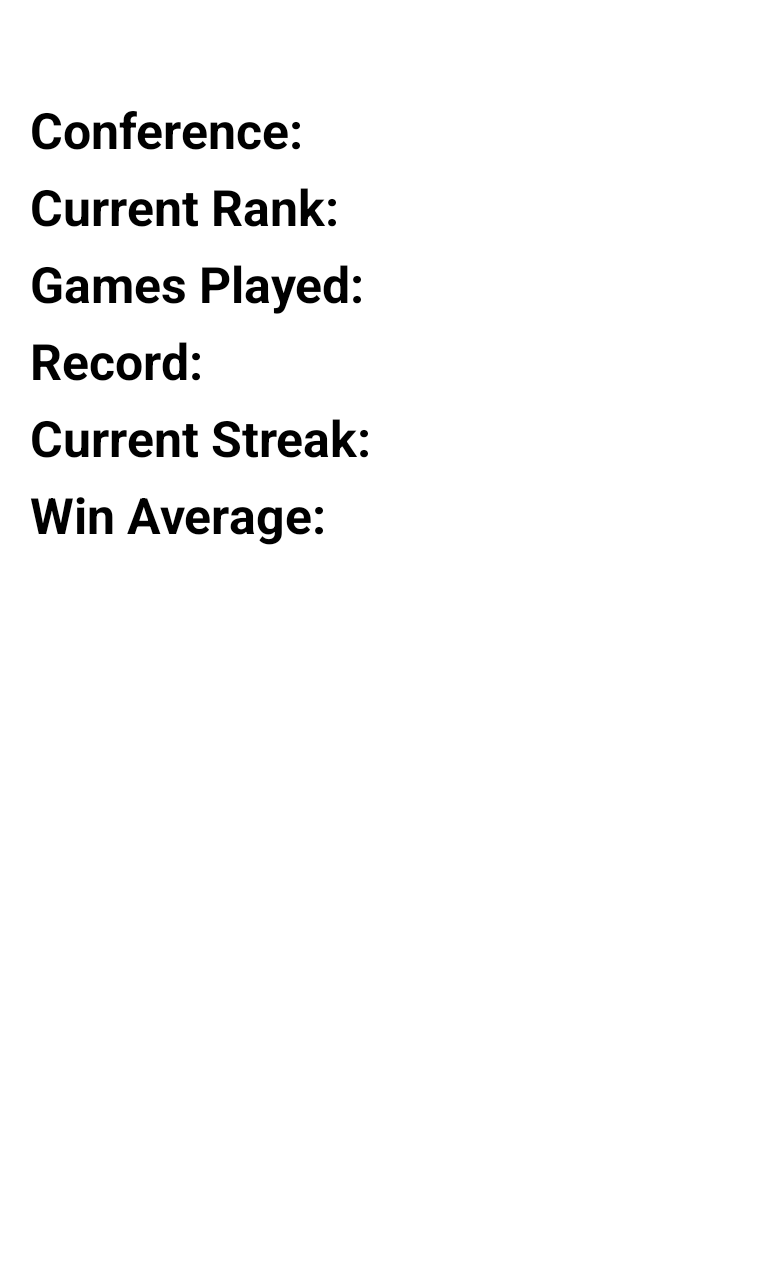
Repository: jemcphe/java2
Layout: teamG.M./TeamGM/res/layout/display.xml
These files come from the project's save history. The layout is drawn as it stood at one moment and after the next save; the edit follows.
It is drawn on a 768 x 1280 px phone screen (xhdpi) without system bars, with theme Theme.Sherlock; the app's code is not run.

Above is the layout before, as saved 2013-06-26 22:20:56.

### teamG.M./TeamGM/res/layout/display.xml
<?xml version="1.0" encoding="utf-8"?>
<LinearLayout xmlns:android="http://schemas.android.com/apk/res/android"
    android:layout_width="match_parent"
    android:layout_height="match_parent"
    android:orientation="vertical" >

    <TextView
        android:id="@+id/teamNameData"
        style="@style/TeamName"
        android:layout_width="fill_parent"
        android:layout_height="48dp"
        android:layout_gravity="center_vertical"
        android:paddingLeft="10dp" />

    <GridLayout
        android:id="@+id/teamGrid"
        android:layout_width="match_parent"
        android:layout_height="wrap_content"
        android:columnCount="2" >

        <TextView
            style="@style/Column1"
            android:layout_width="wrap_content"
            android:layout_height="wrap_content"
            android:text="Conference:" />

        <TextView
            android:id="@+id/conferenceData"
            style="@style/Column2"
            android:layout_width="wrap_content"
            android:layout_height="wrap_content" />

        <TextView
            style="@style/Column1"
            android:layout_width="wrap_content"
            android:layout_height="wrap_content"
            android:text="Current Rank:" />

        <TextView
            android:id="@+id/rankData"
            style="@style/Column2"
            android:layout_width="wrap_content"
            android:layout_height="wrap_content" />

        <TextView
            style="@style/Column1"
            android:layout_width="wrap_content"
            android:layout_height="wrap_content"
            android:text="Games Played:" />

        <TextView
            android:id="@+id/gamesPlayedData"
            style="@style/Column2"
            android:layout_width="wrap_content"
            android:layout_height="wrap_content" />

        <TextView
            style="@style/Column1"
            android:layout_width="wrap_content"
            android:layout_height="wrap_content"
            android:text="Record:" />

        <TextView
            android:id="@+id/recordData"
            style="@style/Column2"
            android:layout_width="wrap_content"
            android:layout_height="wrap_content" />

        <TextView
            style="@style/Column1"
            android:layout_width="wrap_content"
            android:layout_height="wrap_content"
            android:text="Current Streak:" />

        <TextView
            android:id="@+id/streakData"
            style="@style/Column2"
            android:layout_width="wrap_content"
            android:layout_height="wrap_content" />

        <TextView
            style="@style/Column1"
            android:layout_width="wrap_content"
            android:layout_height="wrap_content"
            android:text="Win Average:" />

        <TextView
            android:id="@+id/averageData"
            style="@style/Column2"
            android:layout_width="wrap_content"
            android:layout_height="wrap_content" />
    </GridLayout>

</LinearLayout>

### teamG.M./TeamGM/res/values/styles.xml
<!-- <?xml version="1.0" encoding="utf-8"?> -->
<resources xmlns:android="http://schemas.android.com/apk/res/android">

    <style name="AppTheme" parent="android:Theme.Holo" />

    <style name="TeamName">
        <item name="android:textStyle">bold</item>
        <item name="android:textColor">#137cb2</item>
        <item name="android:textSize">35sp</item>
    </style>

    <style name="Column1">
        <item name="android:textStyle">bold</item>
        <item name="android:textSize">25sp</item>
        <item name="android:typeface">sans</item>
        <item name="android:paddingLeft">15dip</item>
        <item name="android:paddingBottom">5dip</item>
    </style>

    <style name="Column2">
        <item name="android:textStyle">normal</item>
        <item name="android:textSize">22sp</item>
        <item name="android:typeface">sans</item>
        <item name="android:paddingLeft">15dip</item>
    </style>

</resources>

After the next save:
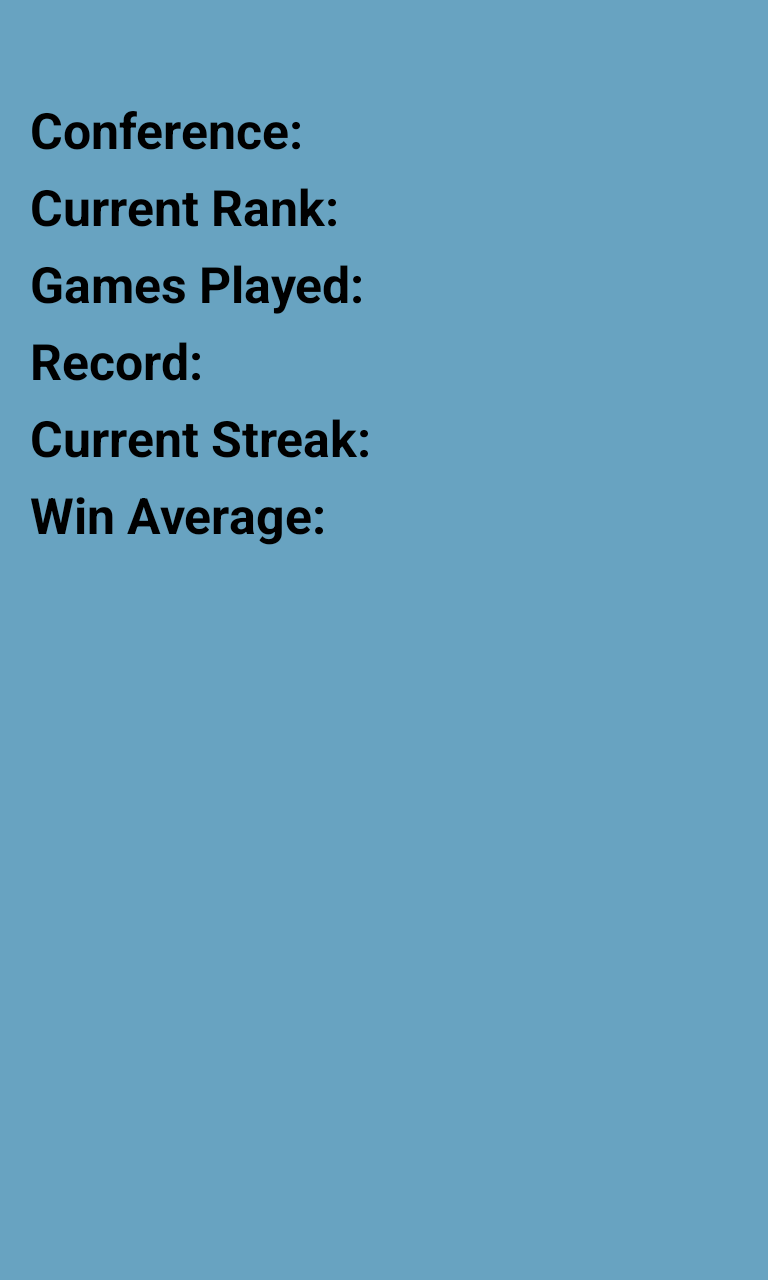
Saved 5 min 2 s later.
--- a/teamG.M./TeamGM/res/layout/display.xml
+++ b/teamG.M./TeamGM/res/layout/display.xml
@@ -2,7 +2,8 @@
 <LinearLayout xmlns:android="http://schemas.android.com/apk/res/android"
     android:layout_width="match_parent"
     android:layout_height="match_parent"
-    android:orientation="vertical" >
+    android:orientation="vertical"
+    android:background="#68a3c1" >
 
     <TextView
         android:id="@+id/teamNameData"
